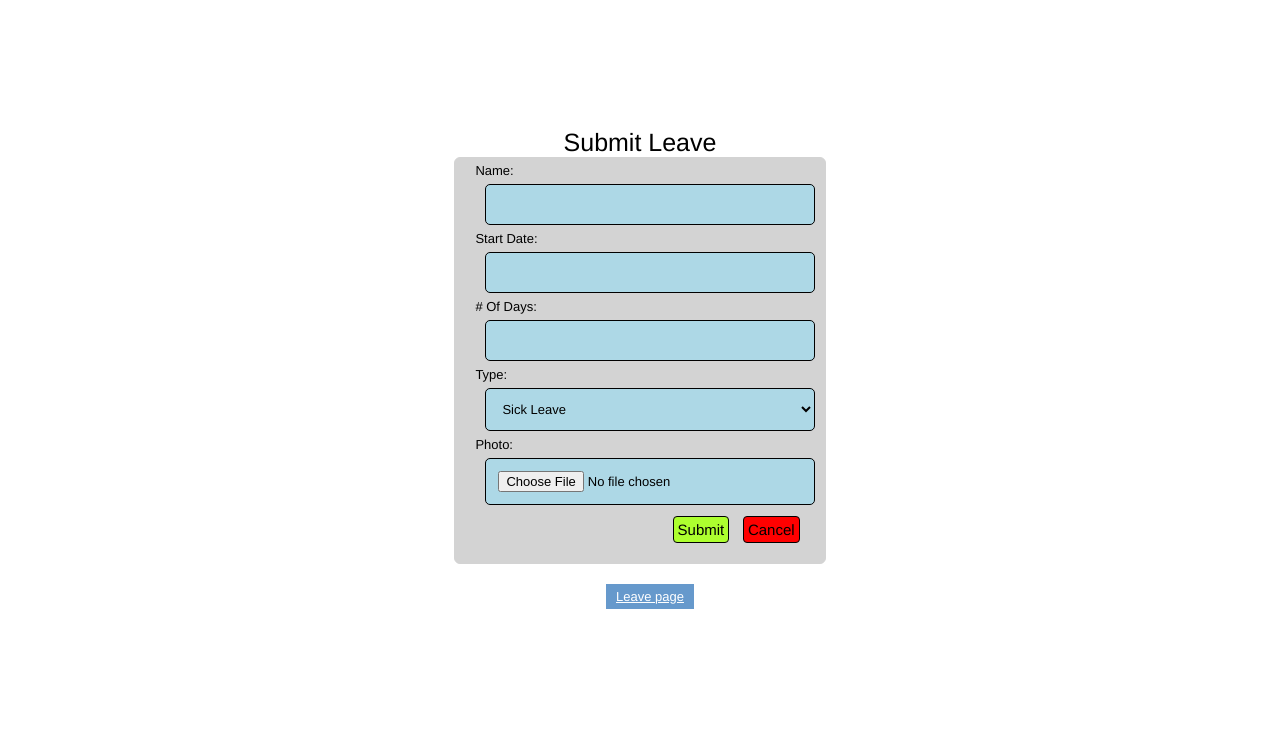
Repository: Murad71/BasicCRUD
Page: index.html
These files come from the project's save history. The page is drawn as it stood at one moment and after a run of saves; the edit follows.
The browser window is 1280 px wide. The pictures show the whole page.

Above is the page before, as saved 2023-04-18 21:37:42.

### index.html
<!DOCTYPE html>
<html lang="en">
  <head>
    <meta charset="UTF-8" />
    <meta http-equiv="X-UA-Compatible" content="IE=edge" />
    <meta name="viewport" content="width=device-width, initial-scale=1.0" />
    <link rel="stylesheet" href="index.css" />
    <title>Leave Request</title>
  </head>
  <body>
    <div class="flex1">
      <form id="form1">
        <header>Submit Leave</header>
        <div class="container">
          <label for="name">Name:</label>
          <input type="text" id="name" name="name" />
          <br />
          <label for="startdate">Start Date:</label>
          <input type="text" id="startdate" name="startdate" />
          <br />
          <label for="days"># Of Days:</label>
          <input type="text" id="days" name="days" />
          <br />
          <label for="leaves">Type:</label>
          <select id="leave" name="leaves" required>
            <option value="Sick leave">Sick Leave</option>
            <option value="Early leave">Early Leave</option>
            <option value="Vacation leave">Vacation Leave</option>
            <option value="Other">Other</option>
          </select>
          <br />
          <label for="photo">Photo:</label>
          <input type="file" id="photo" name="photo"/>
          <div class="button-container">
            <input type="submit" value="Submit" id="submitButton"/>
            <input type="reset" value="Cancel" class="cancel" />
          </div>
        </div>
      </form>
      <div class="anchorContainer">
        <a href="index1.html"> Leave page</a>
        <!--Added the hyperlink here-->
      </div>
    </div>
    <script src="script.js"></script>
  </body>
</html>

### index.css
* {
  box-sizing: border-box;
  font-family: "Franklin Gothic Medium", "Arial Narrow", Arial, sans-serif;
  font-size: small;
}

.flex1
{
  align-items: center;
  display: flex;
  justify-content: center;
  height: 100vh;
  flex-direction: column;
}

.container {
  background-color: lightgray;
  padding: 5px 20px 15px 20px;
  border: 1px solid lightgray;
  border-radius: 6px;
  flex-direction: column;
  margin-bottom: 20px;
  width: 100%;
}

header {
  font-size: 25px;
  text-align: center;
}

input[type="text"],
input[type="file"],
select,
textarea {
  width: 100%;
  padding: 12px;
  margin: 6px;
  border: 1px solid;
  border-radius: 5px;
  margin-left: 10px;
  background-color: lightblue;
}

.button-container {
  text-align: right;
}

input[type="submit"],
input[type="reset"] {
  font-size: 15px;
  border: 1px solid;
  margin: 5px;
  padding: 4px;
  background-color: greenyellow;
  border-radius: 4px;
}

input[type="reset"].cancel {
  background-color: red;
}

.anchorContainer {
  margin-left: 20px;
}

a {
  display: inline-block;
  background: #69c;
  color: #fff;
  padding: 5px 10px;
}

### script.js
let storage=JSON.parse(localStorage.getItem('store')) || [];
let index=JSON.parse(localStorage.getItem('rIndex')) || null;
const submitButtonCatch=document.getElementById("submitButton");
const img= new Image();

//after clicking the submit button
submitButtonCatch.addEventListener("click",() =>{
    const form=document.getElementById("form1");
    let object={};
    let flag=true;

    object["id"]= Date.now();
    for(let i=0;i<form.length;i++)
    {
        if(form.elements[i].name=="photo")
        {
            object[form.elements[i].name]= img.src;
        }
        else
        {
            object[form.elements[i].name]=form.elements[i].value;
        }
        if(form.elements[i].value=='')
        {
            flag=false;
            alert("WARNING: Fill all the given Input correctly.");
            break;
        }
        if(form.elements[i].name=="days" && (form.elements[i].value>7 || form.elements[i].value<1))
        {
            flag=false;
            alert("WARNING: Enter a valid number for vacation");
            break;
        }
    }

    if(flag)
    {
        alert("Your data has been submitted Successfully!!");
        if(index!=null)
        {
            storage[index]=object;
            index=null;
        }
        else storage.push(object);


        localStorage.setItem('store',JSON.stringify(storage));
        localStorage.setItem('rIndex',JSON.stringify(index));
        form.reset();
    }
});


//base64 conversion
const fileEl= document.getElementById('photo');
fileEl.addEventListener('change', () =>{

    const fr= new FileReader();
    fr.readAsDataURL(fileEl.files[0]);

    fr.addEventListener('load', ()=>{

        const url= fr.result;
        img.src= url;

    });

});


console.log(storage);



// let submitButtonClicked=document.getElementById("submitButton");
// let indx=0;
// let flag= true;
// let obj={};

// submitButtonClicked.addEventListener('click',() =>{

//     const form= document.getElementById('form1');
//     obj["id"]= indx;
//     indx++;
//     for(let i=0; i<form.length; i++)
//     {
//         obj[form.elements[i].name]=form.elements[i].value;
//         if(form.elements[i].value=='')
//         {
//             flag=false;
//             alert("WARNING: Fill all the given Input correctly.");
//             break;
//         }
//         if(form.elements[i].name=="days" && (form.elements[i].value>7 || form.elements[i].value<1))
//         {
//             flag=false;
//             alert("WARNING: Enter a valid number for vacation");
//             break;
//         }
//     }

//     if(flag)
//     {
//         alert("Data entered successfully!");
//         insertData();
//     }

// });


// function intertData()
// {
//     const table = document.getElementsByClassName("tbody1")[0];
//           var row=document.createElement('tr');
//            row.innerHTML = `<td>${obj.name}</td>
//                 <td>${obj.startdate}</td>
//                 <td>${obj.days}</td>
//                 <td>${obj.leaves}</td>
//                 <td><img id="img" src=${obj.photo} alt=""></td>
//                 <td><a href="index.html" id="edit">Edit</a> <input type='button' value= 'Reject' name=${obj.id} id="reject"/></td>`;
//             table.appendChild(row);
// }

After the next 3 saves:
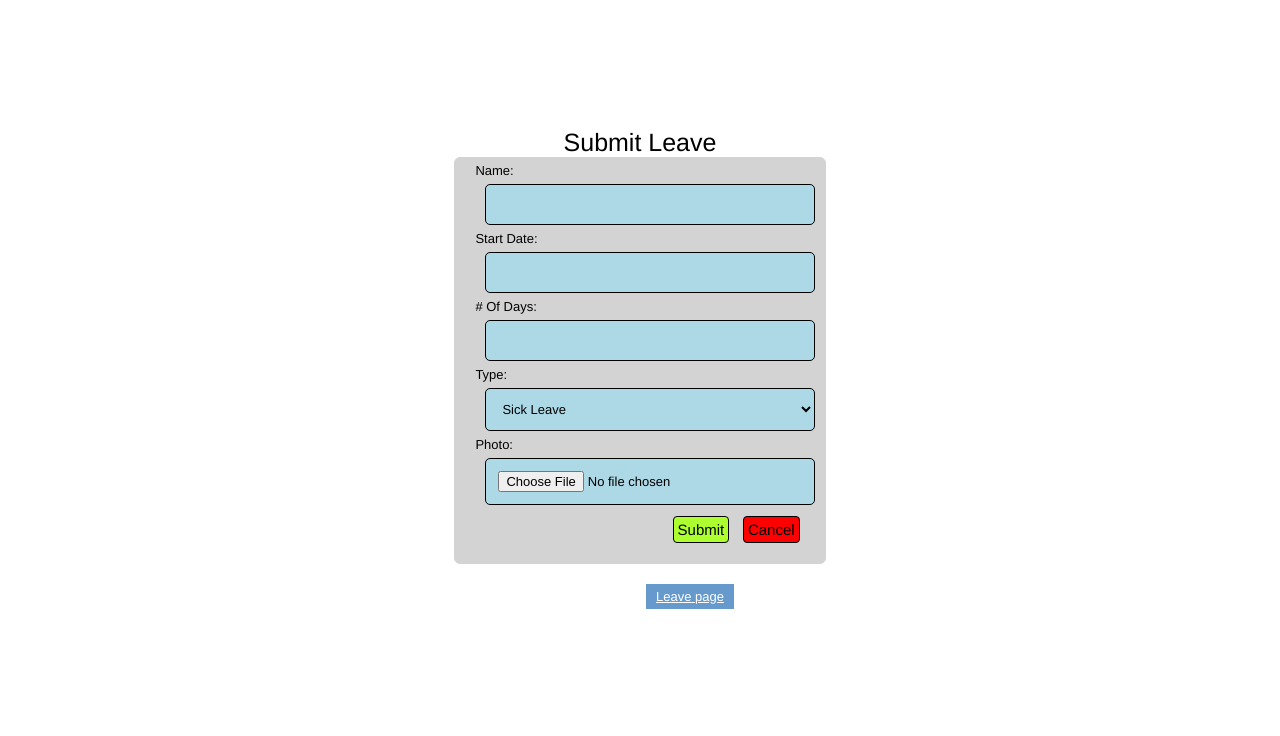
The 3 saves are shown as one change because they came seconds apart.
The last was saved 13 s later.
--- a/index.css
+++ b/index.css
@@ -60,7 +60,7 @@ input[type="reset"].cancel {
 }
 
 .anchorContainer {
-  margin-left: 20px;
+  margin-left: 100px;
 }
 
 a {
